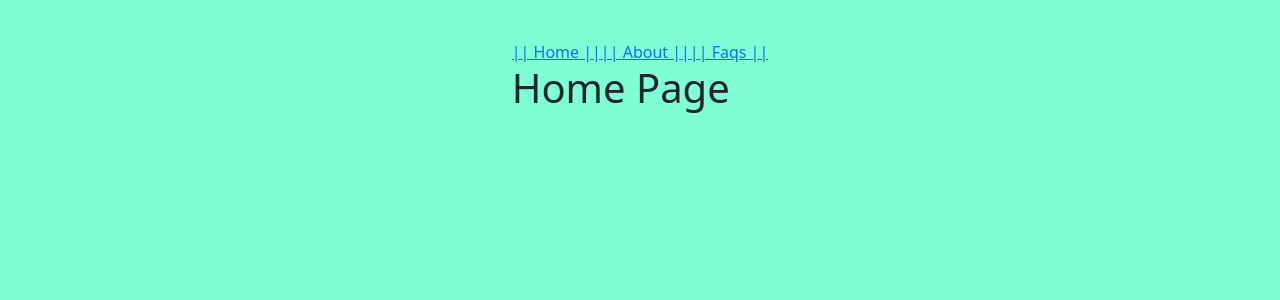
Repository: abgdev1997/proyecto-evo
Page: /
The author's editor kept a copy of each file at every save. The page is drawn from the files as they stood at one save, then again after the next save.
The browser window is 1280 px wide. The pictures show the whole page.
The project was rebuilt for these pictures with package versions that can differ from the ones it lists, and the page was loaded fresh each time. Also part of the build but not shown: src/routes/404/NotFoundPage.jsx, src/routes/about-faqs/AboutPage.jsx.

Above is the page before, as saved 2022-02-16 13:27:34.

After the next save:
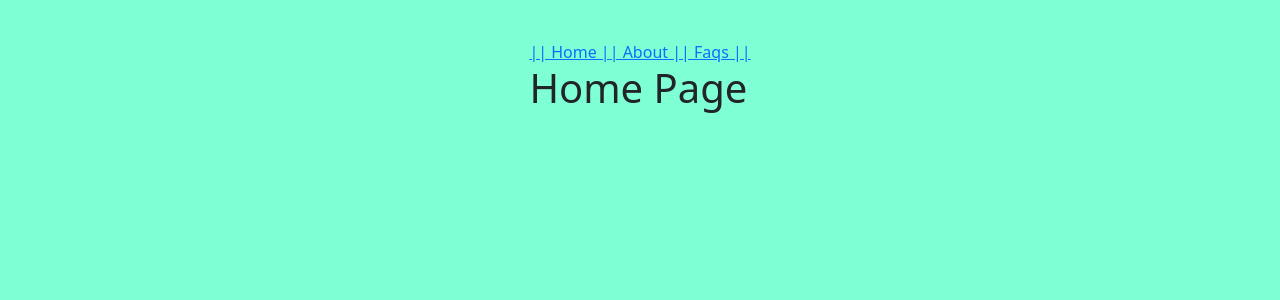
Saved 46 s later.
--- a/src/AppRoutingOne.js
+++ b/src/AppRoutingOne.js
@@ -8,9 +8,9 @@ function AppRoutingOne() {
     <Router>
       <div>
         <aside>
-          <Link to='/'>|| Home ||</Link>
-          <Link to='/about'>|| About ||</Link>
-          <Link to='/faqs'>|| Faqs ||</Link>
+          <Link to='/'>|| Home |</Link>
+          <Link to='/about'>| About |</Link>
+          <Link to='/faqs'>| Faqs ||</Link>
         </aside>
       </div>
       <Switch>
